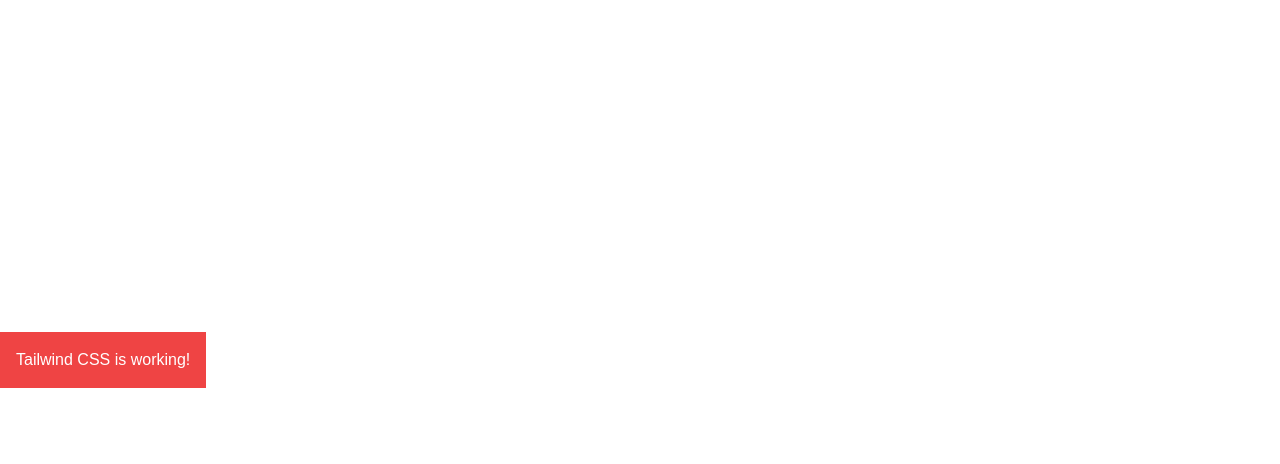
Repository: CNPM-S3MRS/frontend-web
Page: /notification
The author's editor kept a copy of each file at every save. The page is drawn from the files as they stood at one save, then again after a run of saves.
The browser window is 1280 px wide. The pictures show the whole page.
Pictures or frames that could not be fetched are drawn as grey boxes. The project was rebuilt for these pictures with package versions that can differ from the ones it lists, and the page was loaded fresh each time. Also part of the build but not shown: vite.config.js, src/pages/auth/Login.jsx.

Above is the page before, as saved 2025-04-08 22:59:41.

### src/App.jsx
import { BrowserRouter as Router, Routes, Route } from 'react-router-dom';
import Login from '@/pages/auth/Login';
import Notification from './pages/notification/notification';

function App() {
  return (
    <Router>
      <Routes>
        <Route path="/login" element={<Login />} />
        <Route path="/notification" element={<Notification />} /> {/* Add this route */}
        <Route path="/" element={<div>Trang chủ</div>} />
      </Routes>
    </Router>
  );
}

export default App;

### src/index.css
@tailwind base;
@tailwind components;
@tailwind utilities;


:root {
  font-family: system-ui, Avenir, Helvetica, Arial, sans-serif;
  line-height: 1.5;
  font-weight: 400;

  color-scheme: light dark;
  color: rgba(255, 255, 255, 0.87);
  background-color: #242424;

  font-synthesis: none;
  text-rendering: optimizeLegibility;
  -webkit-font-smoothing: antialiased;
  -moz-osx-font-smoothing: grayscale;
}

a {
  font-weight: 500;
  color: #646cff;
  text-decoration: inherit;
}
a:hover {
  color: #535bf2;
}

body {
  margin: 0;
  display: flex;
  place-items: center;
  min-width: 320px;
  min-height: 100vh;
}

h1 {
  font-size: 3.2em;
  line-height: 1.1;
}

button {
  border-radius: 8px;
  border: 1px solid transparent;
  padding: 0.6em 1.2em;
  font-size: 1em;
  font-weight: 500;
  font-family: inherit;
  background-color: #1a1a1a;
  cursor: pointer;
  transition: border-color 0.25s;
}
button:hover {
  border-color: #646cff;
}
button:focus,
button:focus-visible {
  outline: 4px auto -webkit-focus-ring-color;
}
h1 {
  font-size: 1.5rem;
  font-weight: bold;
  margin-bottom: 1rem;
}
body {
  font-family: Arial, sans-serif;
  background-color: #ffffff;
  color: #000000;
}

input[type="checkbox"] {
  width: 1rem;
  height: 1rem;
}

@media (prefers-color-scheme: light) {
  :root {
    color: #213547;
    background-color: #ffffff;
  }
  a:hover {
    color: #747bff;
  }
  button {
    background-color: #f9f9f9;
  }
}

### src/pages/notification/notification.jsx
import React, { useEffect, useState } from "react";
import NotificationCard from "../../components/card/NotificationCard";

const Notification = () => {
  const [notifications, setNotifications] = useState([]);

  useEffect(() => {
    const mockData = [
      {
        id: 1,
        image: "/vite.svg",
        status: "Next week",
        statusColor: "blue",
        message: "You have class at H2-106 at 3:00 PM on April 4",
      },
    ];
    setNotifications(mockData);
  }, []);

  return (

    // <div className="p-6">
    //   <h1 className="text-2xl font-bold mb-4">Notification</h1>
    //   <div>
    //     {notifications.map((notification) => (
    //       <NotificationCard
    //         key={notification.id}
    //         image={notification.image}
    //         status={notification.status}
    //         statusColor={notification.statusColor}
    //         message={notification.message}
    //       />
    //     ))}
    //   </div>
    // </div>
    <div className="bg-red-500 text-white p-4">
  Tailwind CSS is working!
</div>
  );
};

export default Notification;

### tailwind.config.js
/** @type {import('tailwindcss').Config} */
module.exports = {
  content: ["./src/**/*.{js,jsx,ts,tsx}"], // Include all source files
  theme: {
    extend: {},
  },
  plugins: [],
};

### src/components/card/NotificationCard.jsx
import React from "react";

const NotificationCard = ({ image, status, statusColor, message }) => {
  return (
    <div className="flex items-start space-x-4 p-4 border-b">
      {/* Checkbox */}
      <input type="checkbox" className="mt-1" />

      {/* Image */}
      <img
        src={image}
        alt="Notification"
        className="w-12 h-12 object-cover rounded"
      />

      {/* Content */}
      <div>
        <span
          className={`text-sm font-semibold text-${statusColor}-500`}
        >
          {status}
        </span>
        <p className="text-sm mt-1">{message}</p>
      </div>
    </div>
  );
};

export default NotificationCard;

Loaded but not shown: index.html (common file); src/main.jsx (common file)

After the next 2 saves:
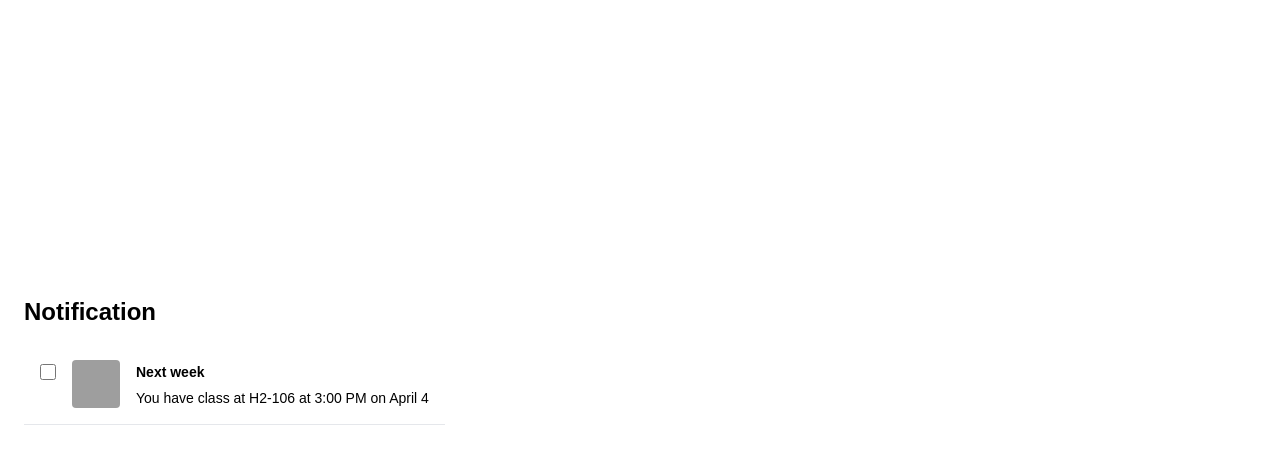
The 2 saves are shown as one change because 1 did not build or start.
The last was saved 109 s later.
--- a/src/pages/notification/notification.jsx
+++ b/src/pages/notification/notification.jsx
@@ -19,23 +19,20 @@
 
   return (
 
-    // <div className="p-6">
-    //   <h1 className="text-2xl font-bold mb-4">Notification</h1>
-    //   <div>
-    //     {notifications.map((notification) => (
-    //       <NotificationCard
-    //         key={notification.id}
-    //         image={notification.image}
-    //         status={notification.status}
-    //         statusColor={notification.statusColor}
-    //         message={notification.message}
-    //       />
-    //     ))}
-    //   </div>
-    // </div>
-    <div className="bg-red-500 text-white p-4">
-  Tailwind CSS is working!
-</div>
+    <div className="p-6">
+      <h1 className="text-2xl font-bold mb-4">Notification</h1>
+      <div>
+        {notifications.map((notification) => (
+          <NotificationCard
+            key={notification.id}
+            image={notification.image}
+            status={notification.status}
+            statusColor={notification.statusColor}
+            message={notification.message}
+          />
+        ))}
+      </div>
+    </div>
   );
 };
 
